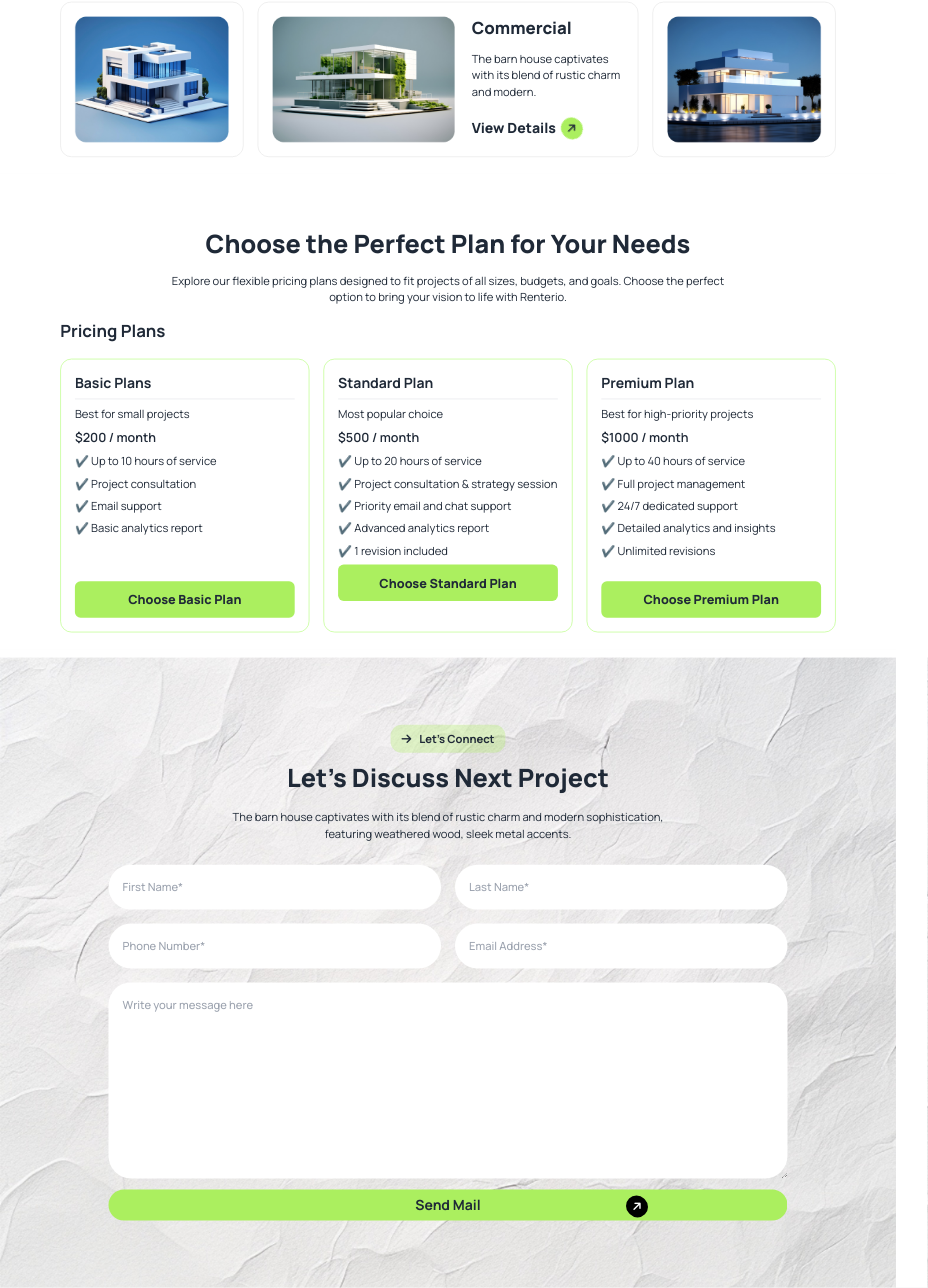
Repository: Tanvir4312/assignment-03
Page: index.html
These files come from the project's save history. The page is drawn as it stood at one moment and after the next save; the edit follows.
The browser window is 1280 px wide. The page is 1325 px wide, so the pictures cover 1325 px, including what lies to the right of the window. The pictures show the part of the page from y = 2818 to 4658 px (the page is 4658 px tall), at 70% of full size.
Some web libraries are served in a nearby version.

Above is the page before, as saved 2024-10-30 21:18:23.

After the next save:
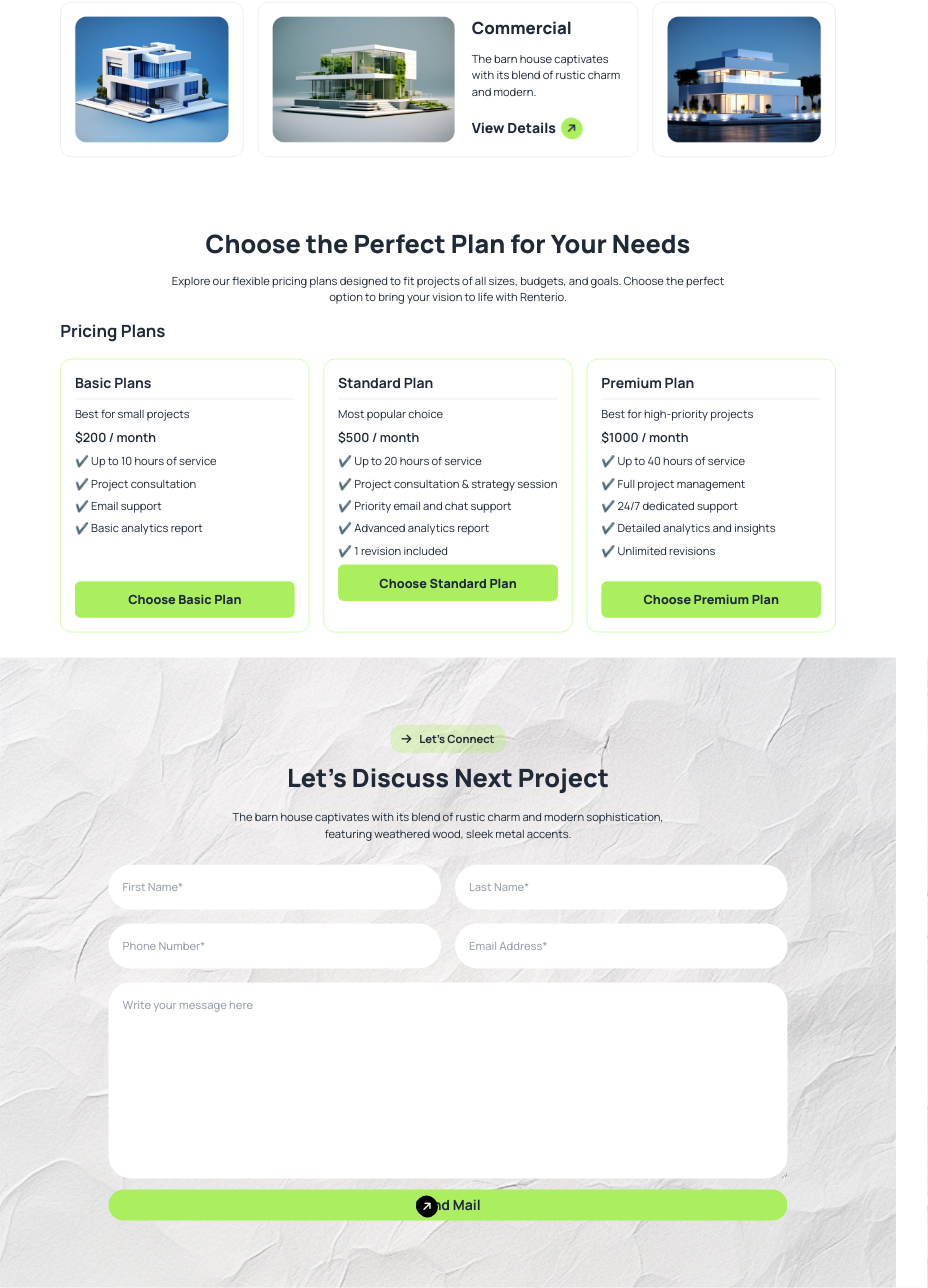
Saved 6 s later.
--- a/index.html
+++ b/index.html
@@ -388,7 +388,7 @@
             <div class="relative">
                 <button class="bg-bgBtnColor w-full text-xl font-bold py-2 rounded-[32px] mt-4">Send Mail</button>
                 <i
-                    class="fa-solid fa-arrow-right -rotate-45 bg-black text-white p-2 rounded-full absolute top-6 right-[200px] "></i>
+                    class="fa-solid fa-arrow-right -rotate-45 bg-black text-white p-2 rounded-full absolute top-6 right-[500px] "></i>
             </div>
         </div>
     </section>
